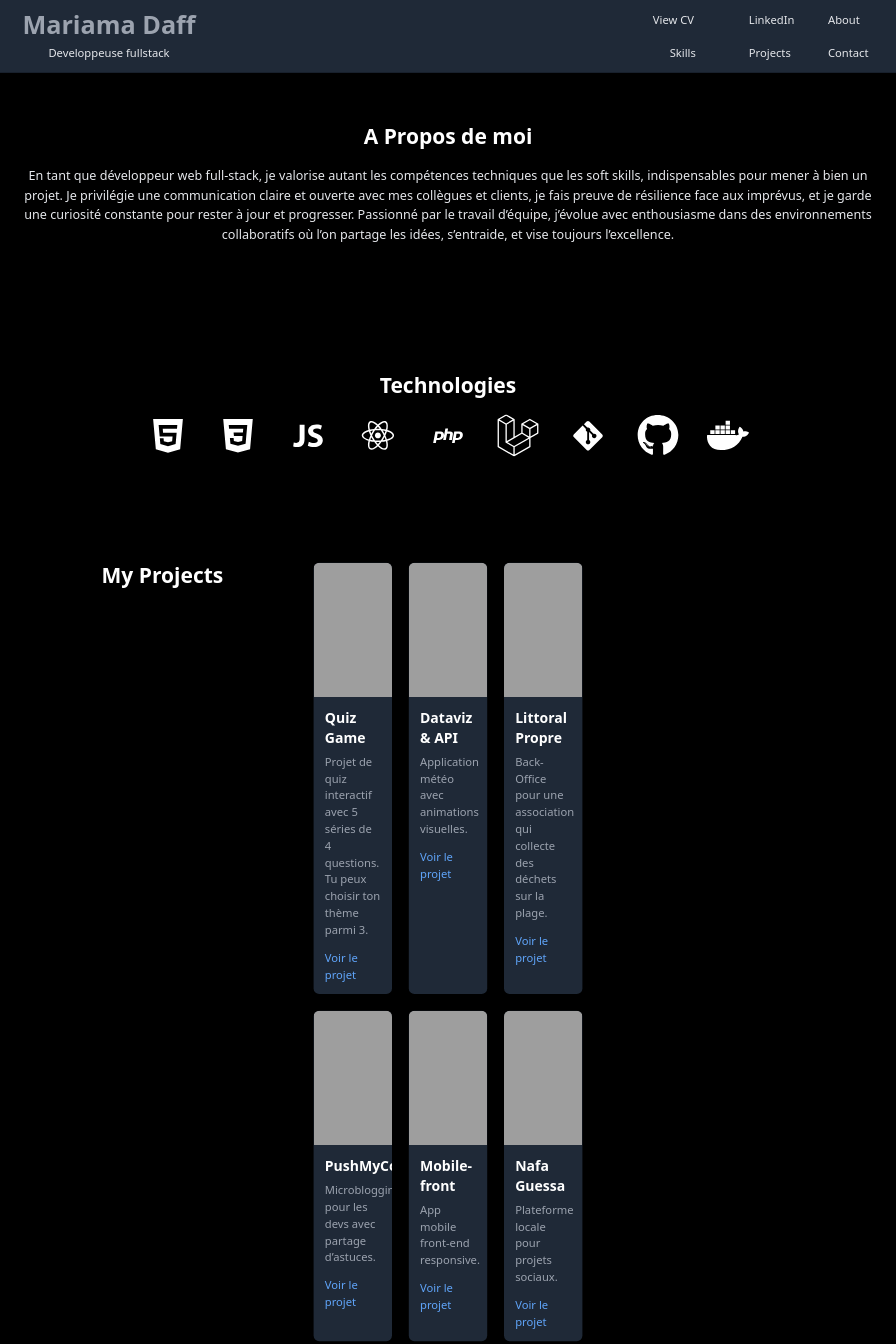
Repository: mariamdaff/Projets_Perso
Page: / (app in mon_portfolio/)
These files come from the project's save history. The page is drawn as it stood at one moment and after the next save; the edit follows.
The browser window is 1280 px wide. The pictures show the part of the page from y = 0 to 1920 px (the page is 2575 px tall), at 70% of full size.
Pictures or frames that could not be fetched are drawn as grey boxes. The project was rebuilt for these pictures with package versions that can differ from the ones it lists, and the page was loaded fresh each time. Also part of the build but not shown: mon_portfolio/vite.config.js.

Above is the page before, as saved 2025-04-22 13:33:06.

After the next save:
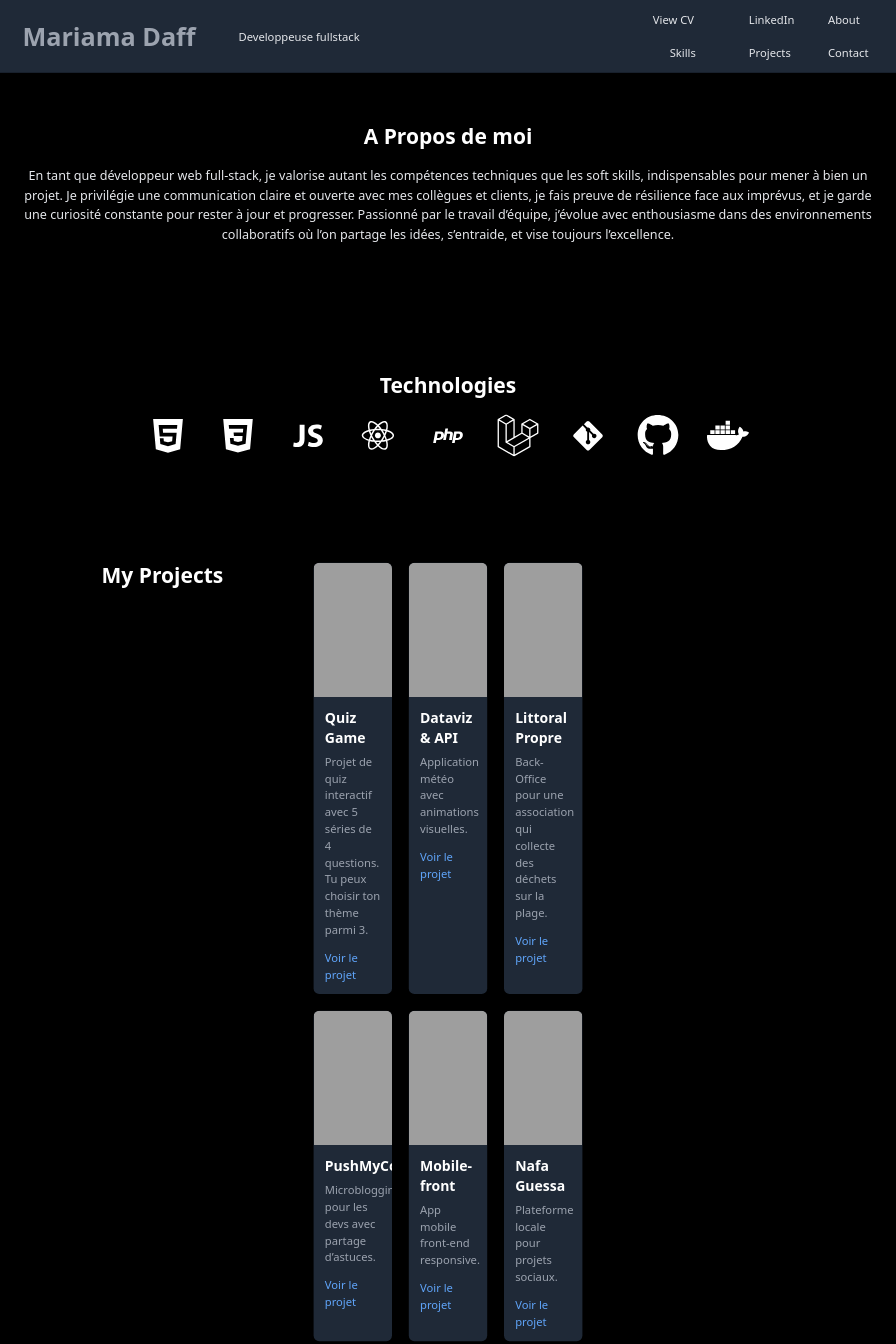
Saved 39 s later.
--- a/mon_portfolio/src/components/navBar/NavBarComponent.jsx
+++ b/mon_portfolio/src/components/navBar/NavBarComponent.jsx
@@ -9,7 +9,7 @@
   return (
     <header className="sticky top-0 z-50 bg-gray-800 shadow-md">
       <nav className="text-gray-200 px-8 py-4 flex justify-between items-center">
-        <div className="text-center">
+        <div className="text-center grid grid-cols-1 sm:grid-cols-2 lg:grid-cols-3 gap-6">
           <MonNom />
           <Description />
         </div>
